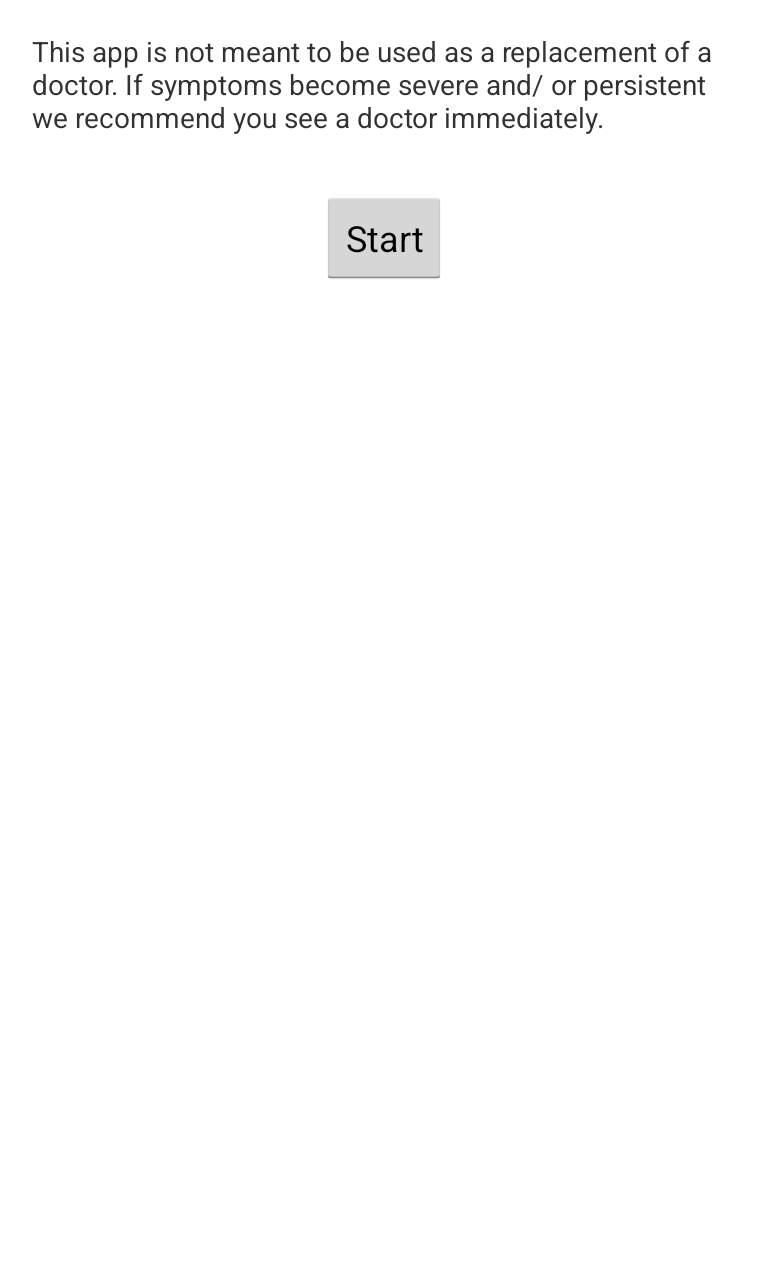
Repository: rosingrr/SympMeds
Layout: app/SympMeds/res/layout/activity_main.xml
These files come from the project's save history. The layout is drawn as it stood at one moment and after the next save; the edit follows.
It is drawn on a 768 x 1280 px phone screen (xhdpi) without system bars, with theme AppTheme; the app's code is not run.

Above is the layout before, as saved 2013-08-02 13:21:52.

After the next save:
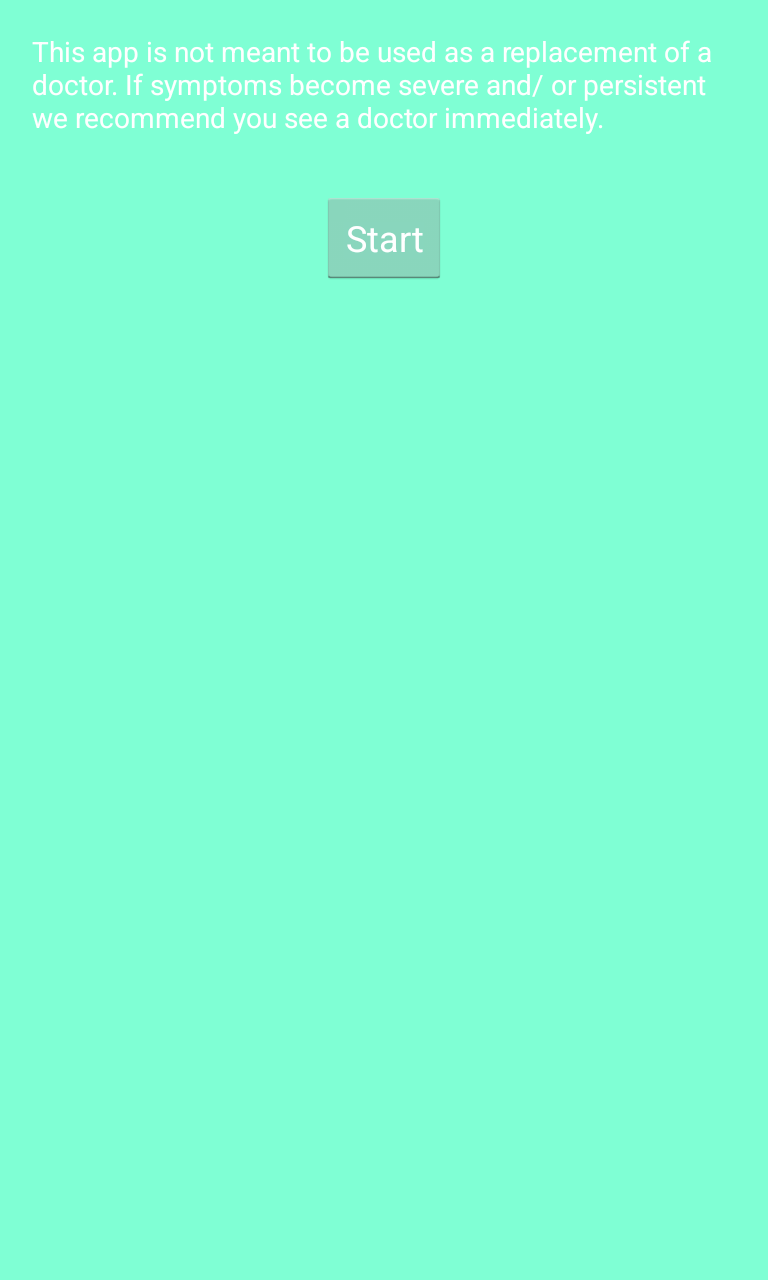
Saved 1 s later.
--- a/app/SympMeds/res/layout/activity_main.xml
+++ b/app/SympMeds/res/layout/activity_main.xml
@@ -2,6 +2,7 @@
     xmlns:tools="http://schemas.android.com/tools"
     android:layout_width="match_parent"
     android:layout_height="match_parent"
+    android:background="@color/aqua_marine"
     android:paddingBottom="@dimen/activity_vertical_margin"
     android:paddingLeft="@dimen/activity_horizontal_margin"
     android:paddingRight="@dimen/activity_horizontal_margin"
@@ -15,13 +16,15 @@
         android:layout_below="@+id/welcom_textView"
         android:layout_centerHorizontal="true"
         android:layout_marginTop="27dp"
+        android:onClick="start"
         android:text="@string/start"
-        android:onClick="start" />
+        android:textColor="@color/white" />
 
     <TextView
         android:id="@+id/welcom_textView"
         android:layout_width="wrap_content"
         android:layout_height="wrap_content"
-        android:text="@string/welcome" />
+        android:text="@string/welcome"
+        android:textColor="@color/white" />
 
 </RelativeLayout>
